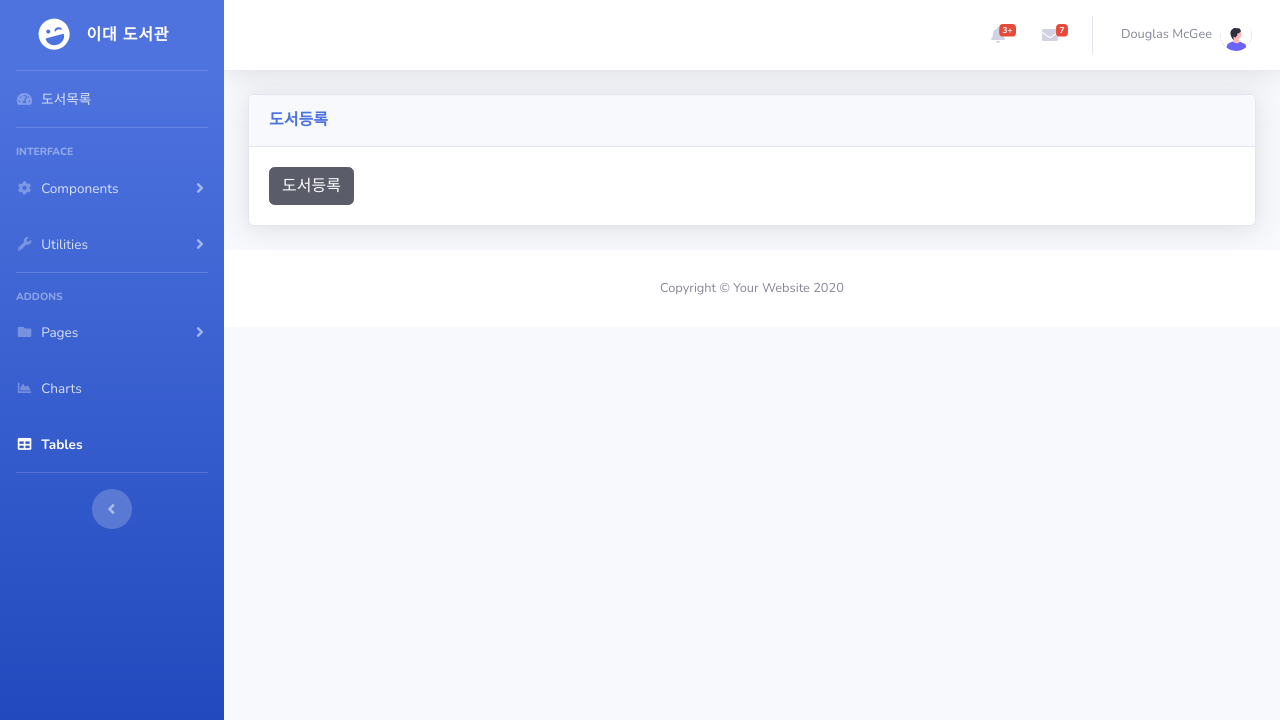
Repository: allely/spring
Page: http://localhost/jsp/book/reg.jsp
An editor plug-in stored every save of this project. The page is shown before and after the next save, followed by the edit.
The browser window is 1280 px wide. The pictures show the whole page.
The page is served by Tomcat 9. Other server files are loaded and not shown.

Above is the page before, as saved 2023-11-27 01:45:44.

### 2. 서블릿 & JSP/jsp/jsp/src/main/webapp/book/reg.jsp
<%@ page language="java" contentType="text/html; charset=UTF-8"
    pageEncoding="UTF-8"%>
<!DOCTYPE html>
<html>
<head>
<meta charset="UTF-8">
<title>Insert title here</title>
</head>
<body>
<script type="text/javascript">
	window.onload = function(){
		// regBtn 요소에 이벤트를 추가한다. (아이디로 접근하는 방법)
		regBtn.addEventListener('click', function(){
			// form요소의 이름으로 접근하여 폼을 전송한다.(새로운 페이지 요청)
			regForm.submit();
		});
	}
</script>
	<!-- 도서 등록 화면 -->
	<%@include file="/header.jsp" %>

	<!-- 메인컨텐츠 영역 시작-->
	<div class="container-fluid">
			<div class="card shadow mb-4">

				<div class="card-header py-3">
					<h6 class="m-0 font-weight-bold text-primary">도서등록</h6>
				</div>

				<div class="card-body">
				<!-- 폼등록 -->
				<form action="/book/bookRegProcess" name="regForm" method="post">
					<button type="button" class="btn btn-dark" id="regBtn">도서등록</button>
				</form>
				</div>

			</div>
	</div>
	<%@include file="/footer.jsp" %>
</body>
</html>

### 2. 서블릿 & JSP/jsp/jsp/src/main/webapp/header.jsp
<%@ page language="java" contentType="text/html; charset=UTF-8"
	pageEncoding="UTF-8"%>
<!DOCTYPE html>
<html>
<head>

<meta charset="utf-8">
<meta http-equiv="X-UA-Compatible" content="IE=edge">
<meta name="viewport"
	content="width=device-width, initial-scale=1, shrink-to-fit=no">
<meta name="description" content="">
<meta name="author" content="">

<title>SB Admin 2 - Tables</title>

<!-- Custom fonts for this template -->
<link href="../vendor/fontawesome-free/css/all.min.css" rel="stylesheet"
	type="text/css">
<link
	href="https://fonts.googleapis.com/css?family=Nunito:200,200i,300,300i,400,400i,600,600i,700,700i,800,800i,900,900i"
	rel="stylesheet">

<!-- Custom styles for this template -->
<link href="/css/sb-admin-2.min.css" rel="stylesheet">

<!-- Custom styles for this page -->
<link href="/vendor/datatables/dataTables.bootstrap4.min.css"
	rel="stylesheet">

</head>

<body id="page-top">

	<!-- Page Wrapper -->
	<div id="wrapper">

		<!-- Sidebar -->
		<ul
			class="navbar-nav bg-gradient-primary sidebar sidebar-dark accordion"
			id="accordionSidebar">

			<!-- Sidebar - Brand -->
			<a
				class="sidebar-brand d-flex align-items-center justify-content-center"
				href="index.html">
				<div class="sidebar-brand-icon rotate-n-15">
					<i class="fas fa-laugh-wink"></i>
				</div>
				<div class="sidebar-brand-text mx-3">
					이대 도서관</sup>
				</div>
			</a>

			<!-- Divider -->
			<hr class="sidebar-divider my-0">

			<!-- Nav Item - Dashboard -->
			<li class="nav-item"><a class="nav-link" href="index.html">
					<i class="fas fa-fw fa-tachometer-alt"></i> <span>도서목록</span>
			</a></li>

			<!-- Divider -->
			<hr class="sidebar-divider">

			<!-- Heading -->
			<div class="sidebar-heading">Interface</div>

			<!-- Nav Item - Pages Collapse Menu -->
			<li class="nav-item"><a class="nav-link collapsed" href="#"
				data-toggle="collapse" data-target="#collapseTwo"
				aria-expanded="true" aria-controls="collapseTwo"> <i
					class="fas fa-fw fa-cog"></i> <span>Components</span>
			</a>
				<div id="collapseTwo" class="collapse" aria-labelledby="headingTwo"
					data-parent="#accordionSidebar">
					<div class="bg-white py-2 collapse-inner rounded">
						<h6 class="collapse-header">Custom Components:</h6>
						<a class="collapse-item" href="buttons.html">Buttons</a> <a
							class="collapse-item" href="cards.html">Cards</a>
					</div>
				</div></li>

			<!-- Nav Item - Utilities Collapse Menu -->
			<li class="nav-item"><a class="nav-link collapsed" href="#"
				data-toggle="collapse" data-target="#collapseUtilities"
				aria-expanded="true" aria-controls="collapseUtilities"> <i
					class="fas fa-fw fa-wrench"></i> <span>Utilities</span>
			</a>
				<div id="collapseUtilities" class="collapse"
					aria-labelledby="headingUtilities" data-parent="#accordionSidebar">
					<div class="bg-white py-2 collapse-inner rounded">
						<h6 class="collapse-header">Custom Utilities:</h6>
						<a class="collapse-item" href="utilities-color.html">Colors</a> <a
							class="collapse-item" href="utilities-border.html">Borders</a> <a
							class="collapse-item" href="utilities-animation.html">Animations</a>
						<a class="collapse-item" href="utilities-other.html">Other</a>
					</div>
				</div></li>

			<!-- Divider -->
			<hr class="sidebar-divider">

			<!-- Heading -->
			<div class="sidebar-heading">Addons</div>

			<!-- Nav Item - Pages Collapse Menu -->
			<li class="nav-item"><a class="nav-link collapsed" href="#"
				data-toggle="collapse" data-target="#collapsePages"
				aria-expanded="true" aria-controls="collapsePages"> <i
					class="fas fa-fw fa-folder"></i> <span>Pages</span>
			</a>
				<div id="collapsePages" class="collapse"
					aria-labelledby="headingPages" data-parent="#accordionSidebar">
					<div class="bg-white py-2 collapse-inner rounded">
						<h6 class="collapse-header">Login Screens:</h6>
						<a class="collapse-item" href="login.html">Login</a> <a
							class="collapse-item" href="register.html">Register</a> <a
							class="collapse-item" href="forgot-password.html">Forgot
							Password</a>
						<div class="collapse-divider"></div>
						<h6 class="collapse-header">Other Pages:</h6>
						<a class="collapse-item" href="404.html">404 Page</a> <a
							class="collapse-item" href="blank.html">Blank Page</a>
					</div>
				</div></li>

			<!-- Nav Item - Charts -->
			<li class="nav-item"><a class="nav-link" href="charts.html">
					<i class="fas fa-fw fa-chart-area"></i> <span>Charts</span>
			</a></li>

			<!-- Nav Item - Tables -->
			<li class="nav-item active"><a class="nav-link"
				href="tables.html"> <i class="fas fa-fw fa-table"></i> <span>Tables</span></a>
			</li>

			<!-- Divider -->
			<hr class="sidebar-divider d-none d-md-block">

			<!-- Sidebar Toggler (Sidebar) -->
			<div class="text-center d-none d-md-inline">
				<button class="rounded-circle border-0" id="sidebarToggle"></button>
			</div>

		</ul>
		<!-- End of Sidebar -->

		<!-- Content Wrapper -->
		<div id="content-wrapper" class="d-flex flex-column">

			<!-- Main Content -->
			<div id="content">

				<!-- Topbar -->
				<nav
					class="navbar navbar-expand navbar-light bg-white topbar mb-4 static-top shadow">

					<!-- Sidebar Toggle (Topbar) -->
					<form class="form-inline">
						<button id="sidebarToggleTop"
							class="btn btn-link d-md-none rounded-circle mr-3">
							<i class="fa fa-bars"></i>
						</button>
					</form>




					<!-- Topbar Navbar -->
					<ul class="navbar-nav ml-auto">

						<!-- Nav Item - Search Dropdown (Visible Only XS) -->
						<li class="nav-item dropdown no-arrow d-sm-none"><a
							class="nav-link dropdown-toggle" href="#" id="searchDropdown"
							role="button" data-toggle="dropdown" aria-haspopup="true"
							aria-expanded="false"> <i class="fas fa-search fa-fw"></i>
						</a> <!-- Dropdown - Messages -->
							<div
								class="dropdown-menu dropdown-menu-right p-3 shadow animated--grow-in"
								aria-labelledby="searchDropdown">
								<form class="form-inline mr-auto w-100 navbar-search">
									<div class="input-group">
										<input type="text"
											class="form-control bg-light border-0 small"
											placeholder="Search for..." aria-label="Search"
											aria-describedby="basic-addon2">
										<div class="input-group-append">
											<button class="btn btn-primary" type="button">
												<i class="fas fa-search fa-sm"></i>
											</button>
										</div>
									</div>
								</form>
							</div></li>


						<!-- Nav Item - Alerts -->
						<li class="nav-item dropdown no-arrow mx-1"><a
							class="nav-link dropdown-toggle" href="#" id="alertsDropdown"
							role="button" data-toggle="dropdown" aria-haspopup="true"
							aria-expanded="false"> <i class="fas fa-bell fa-fw"></i> <!-- Counter - Alerts -->
								<span class="badge badge-danger badge-counter">3+</span>
						</a> <!-- Dropdown - Alerts -->
							<div
								class="dropdown-list dropdown-menu dropdown-menu-right shadow animated--grow-in"
								aria-labelledby="alertsDropdown">
								<h6 class="dropdown-header">Alerts Center</h6>
								<a class="dropdown-item d-flex align-items-center" href="#">
									<div class="mr-3">
										<div class="icon-circle bg-primary">
											<i class="fas fa-file-alt text-white"></i>
										</div>
									</div>
									<div>
										<div class="small text-gray-500">December 12, 2019</div>
										<span class="font-weight-bold">A new monthly report is
											ready to download!</span>
									</div>
								</a> <a class="dropdown-item d-flex align-items-center" href="#">
									<div class="mr-3">
										<div class="icon-circle bg-success">
											<i class="fas fa-donate text-white"></i>
										</div>
									</div>
									<div>
										<div class="small text-gray-500">December 7, 2019</div>
										$290.29 has been deposited into your account!
									</div>
								</a> <a class="dropdown-item d-flex align-items-center" href="#">
									<div class="mr-3">
										<div class="icon-circle bg-warning">
											<i class="fas fa-exclamation-triangle text-white"></i>
										</div>
									</div>
									<div>
										<div class="small text-gray-500">December 2, 2019</div>
										Spending Alert: We've noticed unusually high spending for your
										account.
									</div>
								</a> <a class="dropdown-item text-center small text-gray-500"
									href="#">Show All Alerts</a>
							</div></li>

						<!-- Nav Item - Messages -->
						<li class="nav-item dropdown no-arrow mx-1"><a
							class="nav-link dropdown-toggle" href="#" id="messagesDropdown"
							role="button" data-toggle="dropdown" aria-haspopup="true"
							aria-expanded="false"> <i class="fas fa-envelope fa-fw"></i>
								<!-- Counter - Messages --> <span
								class="badge badge-danger badge-counter">7</span>
						</a> <!-- Dropdown - Messages -->
							<div
								class="dropdown-list dropdown-menu dropdown-menu-right shadow animated--grow-in"
								aria-labelledby="messagesDropdown">
								<h6 class="dropdown-header">Message Center</h6>
								<a class="dropdown-item d-flex align-items-center" href="#">
									<div class="dropdown-list-image mr-3">
										<img class="rounded-circle" src="img/undraw_profile_1.svg"
											alt="...">
										<div class="status-indicator bg-success"></div>
									</div>
									<div class="font-weight-bold">
										<div class="text-truncate">Hi there! I am wondering if
											you can help me with a problem I've been having.</div>
										<div class="small text-gray-500">Emily Fowler · 58m</div>
									</div>
								</a> <a class="dropdown-item d-flex align-items-center" href="#">
									<div class="dropdown-list-image mr-3">
										<img class="rounded-circle" src="img/undraw_profile_2.svg"
											alt="...">
										<div class="status-indicator"></div>
									</div>
									<div>
										<div class="text-truncate">I have the photos that you
											ordered last month, how would you like them sent to you?</div>
										<div class="small text-gray-500">Jae Chun · 1d</div>
									</div>
								</a> <a class="dropdown-item d-flex align-items-center" href="#">
									<div class="dropdown-list-image mr-3">
										<img class="rounded-circle" src="img/undraw_profile_3.svg"
											alt="...">
										<div class="status-indicator bg-warning"></div>
									</div>
									<div>
										<div class="text-truncate">Last month's report looks
											great, I am very happy with the progress so far, keep up the
											good work!</div>
										<div class="small text-gray-500">Morgan Alvarez · 2d</div>
									</div>
								</a> <a class="dropdown-item d-flex align-items-center" href="#">
									<div class="dropdown-list-image mr-3">
										<img class="rounded-circle"
											src="https://source.unsplash.com/Mv9hjnEUHR4/60x60" alt="...">
										<div class="status-indicator bg-success"></div>
									</div>
									<div>
										<div class="text-truncate">Am I a good boy? The reason I
											ask is because someone told me that people say this to all
											dogs, even if they aren't good...</div>
										<div class="small text-gray-500">Chicken the Dog · 2w</div>
									</div>
								</a> <a class="dropdown-item text-center small text-gray-500"
									href="#">Read More Messages</a>
							</div></li>

						<div class="topbar-divider d-none d-sm-block"></div>

						<!-- Nav Item - User Information -->
						<li class="nav-item dropdown no-arrow"><a
							class="nav-link dropdown-toggle" href="#" id="userDropdown"
							role="button" data-toggle="dropdown" aria-haspopup="true"
							aria-expanded="false"> <span
								class="mr-2 d-none d-lg-inline text-gray-600 small">Douglas
									McGee</span> <img class="img-profile rounded-circle"
								src="img/undraw_profile.svg">
						</a> <!-- Dropdown - User Information -->
							<div
								class="dropdown-menu dropdown-menu-right shadow animated--grow-in"
								aria-labelledby="userDropdown">
								<a class="dropdown-item" href="#"> <i
									class="fas fa-user fa-sm fa-fw mr-2 text-gray-400"></i> Profile
								</a> <a class="dropdown-item" href="#"> <i
									class="fas fa-cogs fa-sm fa-fw mr-2 text-gray-400"></i>
									Settings
								</a> <a class="dropdown-item" href="#"> <i
									class="fas fa-list fa-sm fa-fw mr-2 text-gray-400"></i>
									Activity Log
								</a>
								<div class="dropdown-divider"></div>
								<a class="dropdown-item" href="#" data-toggle="modal"
									data-target="#logoutModal"> <i
									class="fas fa-sign-out-alt fa-sm fa-fw mr-2 text-gray-400"></i>
									Logout
								</a>
							</div></li>

					</ul>

				</nav>
				<!-- End of Topbar -->
</body>
</html>

### 2. 서블릿 & JSP/jsp/jsp/src/main/webapp/footer.jsp
<%@ page language="java" contentType="text/html; charset=UTF-8"
    pageEncoding="UTF-8"%>
<!DOCTYPE html>
<html>
<head>
<meta charset="UTF-8">
<title>Insert title here</title>
</head>
<body>
<div>
<div>

 <!-- Footer -->
            <footer class="sticky-footer bg-white">
                <div class="container my-auto">
                    <div class="copyright text-center my-auto">
                        <span>Copyright &copy; Your Website 2020</span>
                    </div>
                </div>
            </footer>
            <!-- End of Footer -->

        </div>
        <!-- End of Content Wrapper -->

    </div>
    <!-- End of Page Wrapper -->

    <!-- Scroll to Top Button-->
    <a class="scroll-to-top rounded" href="#page-top">
        <i class="fas fa-angle-up"></i>
    </a>

    <!-- Logout Modal-->
    <div class="modal fade" id="logoutModal" tabindex="-1" role="dialog" aria-labelledby="exampleModalLabel"
        aria-hidden="true">
        <div class="modal-dialog" role="document">
            <div class="modal-content">
                <div class="modal-header">
                    <h5 class="modal-title" id="exampleModalLabel">Ready to Leave?</h5>
                    <button class="close" type="button" data-dismiss="modal" aria-label="Close">
                        <span aria-hidden="true">×</span>
                    </button>
                </div>
                <div class="modal-body">Select "Logout" below if you are ready to end your current session.</div>
                <div class="modal-footer">
                    <button class="btn btn-secondary" type="button" data-dismiss="modal">Cancel</button>
                    <a class="btn btn-primary" href="login.html">Logout</a>
                </div>
            </div>
        </div>
    </div>

    <!-- Bootstrap core JavaScript-->
    <script src="/vendor/jquery/jquery.min.js"></script>
    <script src="/vendor/bootstrap/js/bootstrap.bundle.min.js"></script>

    <!-- Core plugin JavaScript-->
    <script src="/vendor/jquery-easing/jquery.easing.min.js"></script>

    <!-- Custom scripts for all pages-->
    <script src="js/sb-admin-2.min.js"></script>

    <!-- Page level plugins -->
    <script src="/vendor/datatables/jquery.dataTables.min.js"></script>
    <script src="/vendor/datatables/dataTables.bootstrap4.min.js"></script>

    <!-- Page level custom scripts -->
    <script src="js/demo/datatables-demo.js"></script>

</body>
</html>

### 2. 서블릿 & JSP/jsp/jsp/src/main/webapp/img/undraw_profile.svg
<svg xmlns="http://www.w3.org/2000/svg" width="532" height="532" viewBox="0 0 532 532" xmlns:xlink="http://www.w3.org/1999/xlink"><circle cx="270.75986" cy="260.93427" r="86.34897" fill="#ffb6b6"/><polygon points="221.18982 360.05209 217.28876 320.6185 295.18982 306.05209 341.18982 418.05209 261.18982 510.05209 204.18982 398.05209 221.18982 360.05209" fill="#ffb6b6"/><path d="m216.0374,340.35736l17.03111,3.84802s-13.38821-42.45453-8.84396-46.50766c4.54427-4.05316,15.68007,2.33328,15.68007,2.33328l11.70201,13.1199,14.25394-14.51239s15.47495-19.2421,21.53397-24.6463-3.67319-25.46364-3.67319-25.46364c0,0,89.89185-24.23923,56.44299-67.83968,0,0-19.61093-34.18452-25.99734-23.04871-6.38641,11.1358-14.00162-6.55013-14.00162-6.55013l-23.25381,4.42198s-45.89429-27.06042-89.45331,30.82959c-43.55902,57.89003,28.57916,154.01572,28.57916,154.01572h-.00002Z" fill="#2f2e41"/><path d="m433.16003,472.95001c-47.19,38.26001-105.57001,59.04999-167.16003,59.04999-56.23999,0-109.81-17.33997-154.62-49.47998.08002-.84003.16003-1.66998.23004-2.5,1.19-13,2.25-25.64001,2.94995-36.12,2.71002-40.69,97.64001-67.81,97.64001-67.81,0,0,.42999.42999,1.29004,1.17999,5.23999,4.59998,26.50995,21.27997,63.81,25.94,33.25995,4.15997,44.20996-15.57001,47.51996-25.02002,1-2.88,1.30005-4.81,1.30005-4.81l97.63995,46.10999c6.37,9.10004,8.86005,28.70001,9.35004,50.73004.01996.90997.03998,1.81.04999,2.72998Z" fill="#6c63ff"/><path d="m454.09003,77.91003C403.85004,27.66998,337.05005,0,266,0S128.15002,27.66998,77.91003,77.91003C27.67004,128.15002,0,194.95001,0,266c0,64.85004,23.05005,126.16003,65.29004,174.57001,4.02997,4.63,8.23999,9.14001,12.62,13.52002,1.02997,1.02997,2.07001,2.06,3.12,3.06,2.79999,2.70996,5.65002,5.35999,8.54999,7.92999,1.76001,1.57001,3.54004,3.10999,5.34003,4.62,1.40997,1.19,2.82001,2.35999,4.25,3.51001.02997.02997.04999.04999.07996.07001,3.97003,3.19995,8.01001,6.27997,12.13,9.23999,44.81,32.14001,98.37999,49.47998,154.61998,49.47998,61.59003,0,119.97003-20.78998,167.16003-59.04999,3.84998-3.12,7.62-6.35999,11.32001-9.71002,3.26996-2.95996,6.46997-6.01001,9.60999-9.14996.98999-.98999,1.97998-1.98999,2.95001-3,2.70001-2.78003,5.32001-5.61005,7.88-8.48004,43.37-48.71997,67.07996-110.83997,67.07996-176.60999,0-71.04999-27.66998-137.84998-77.90997-188.08997Zm10.17999,362.20997c-2.5,2.84003-5.06,5.64001-7.67999,8.37-4.08002,4.25-8.28998,8.37-12.64001,12.34003-1.64996,1.52002-3.32001,3-5.01001,4.46997-1.91998,1.67004-3.85999,3.31-5.82996,4.92004-15.53003,12.75-32.54004,23.75-50.73004,32.70996-7.19,3.54999-14.56,6.78003-22.09998,9.67004-29.28998,11.23999-61.08002,17.39996-94.28003,17.39996-32.03998,0-62.75995-5.73999-91.19-16.23999-11.66998-4.29999-22.94995-9.40997-33.77997-15.26001-1.59003-.85999-3.16998-1.72998-4.73999-2.62-8.26001-4.67999-16.25-9.78998-23.91998-15.31-.25-.17999-.51001-.37-.76001-.54999-5.46002-3.94-10.77002-8.09003-15.90002-12.45001-1.88-1.59003-3.73999-3.20001-5.57001-4.84998-2.97998-2.65002-5.89996-5.38-8.75-8.18005-5.39996-5.28998-10.56-10.79999-15.48999-16.52997C26.09003,391.77002,2,331.65002,2,266,2,120.42999,120.43005,2,266,2s264,118.42999,264,264c0,66.66003-24.82996,127.62-65.72998,174.12Z" fill="#3f3d56"/></svg>

Loaded but not shown: 2. 서블릿 & JSP/jsp/jsp/src/main/webapp/css/sb-admin-2.min.css (library); 2. 서블릿 & JSP/jsp/jsp/src/main/webapp/js/sb-admin-2.min.js (common file); 2. 서블릿 & JSP/jsp/jsp/src/main/webapp/js/demo/datatables-demo.js (common file)

After the next save:
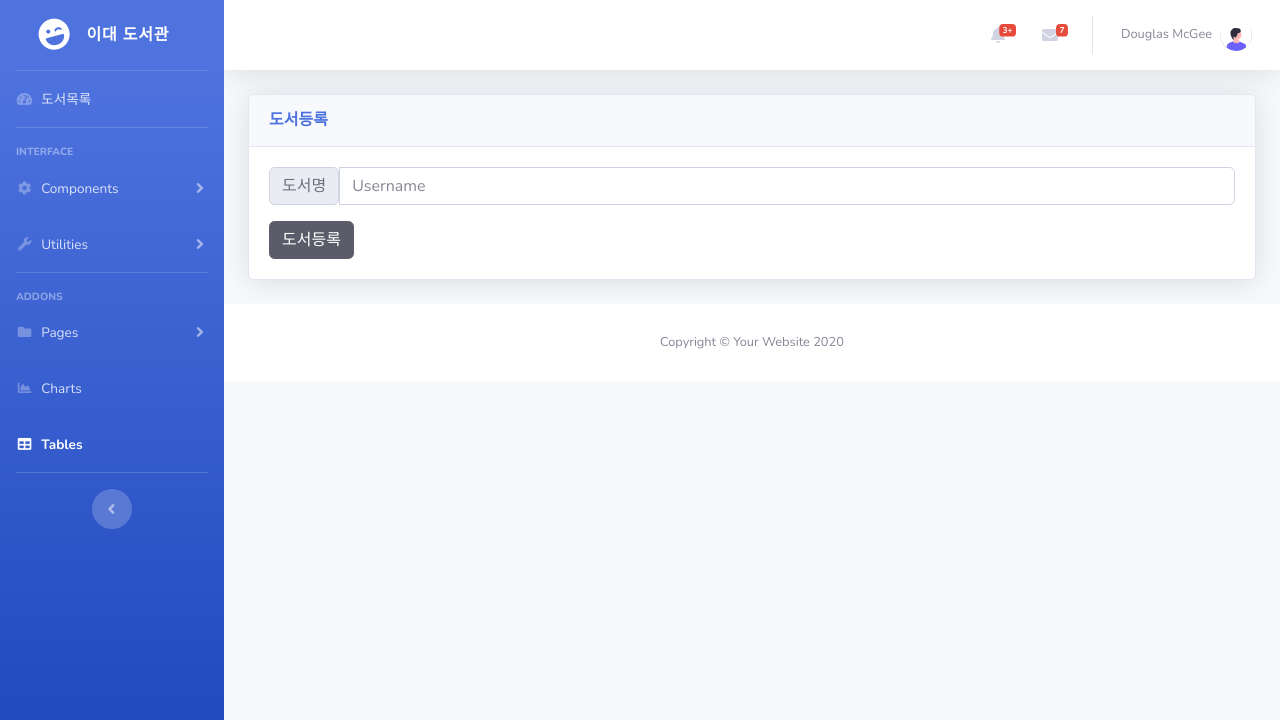
Saved 3 min 7 s later.
--- a/2. 서블릿 & JSP/jsp/jsp/src/main/webapp/book/reg.jsp
+++ b/2. 서블릿 & JSP/jsp/jsp/src/main/webapp/book/reg.jsp
@@ -30,6 +30,11 @@
 				<div class="card-body">
 				<!-- 폼등록 -->
 				<form action="/book/bookRegProcess" name="regForm" method="post">
+					<div class="input-group mb-3">
+						<span class="input-group-text" id="basic-addon1">도서명</span>
+						<input type="text" class="form-control" placeholder="Username" name="title" aria-label="Username" aria-describedby="basic-addon1">
+					</div>
+
 					<button type="button" class="btn btn-dark" id="regBtn">도서등록</button>
 				</form>
 				</div>
